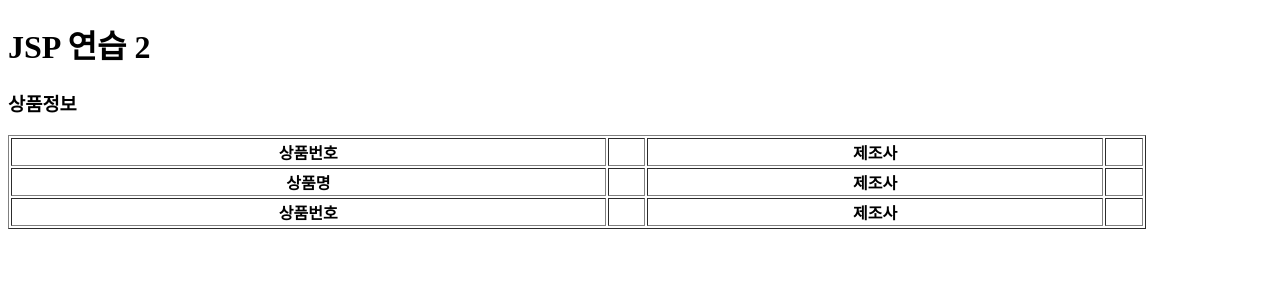
Repository: onuo77/HTA
Page: http://localhost/sample/basic/demo2.jsp
The author's editor kept a copy of each file at every save. The page is drawn from the files as they stood at one save, then again after the next save.
The browser window is 1280 px wide. The pictures show the whole page.
The page is served by Tomcat 9. Other server files are loaded and not shown.

Above is the page before, as saved 2021-05-18 08:36:57.

### java-web/sample/src/main/webapp/basic/demo2.jsp
<%@ page language="java" contentType="text/html; charset=UTF-8"
    pageEncoding="UTF-8"%>
<!DOCTYPE html>
<html>
<head>
<meta charset="UTF-8">
<title>Insert title here</title>
</head>
<body>
	<h1>JSP 연습 2</h1>

	<h3>상품정보</h3>
	<table border="1" style="width:90%;">
		<tr>
			<th>상품번호</th><td></td>
			<th>제조사</th><td></td>
		</tr>
		<tr>
			<th>상품명</th><td></td>
			<th>제조사</th><td></td>
		</tr>
		<tr>
			<th>상품번호</th><td></td>
			<th>제조사</th><td></td>
		</tr>
	</table>
</body>
</html>

After the next save:
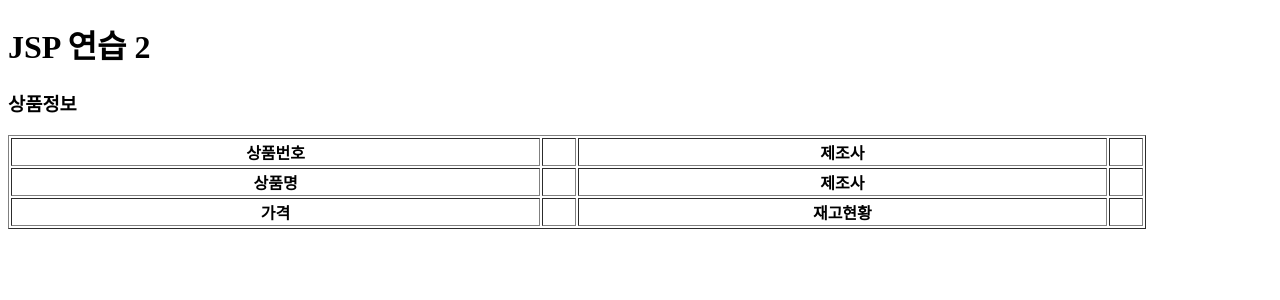
Saved 10 s later.
--- a/java-web/sample/src/main/webapp/basic/demo2.jsp
+++ b/java-web/sample/src/main/webapp/basic/demo2.jsp
@@ -20,8 +20,8 @@
 			<th>제조사</th><td></td>
 		</tr>
 		<tr>
-			<th>상품번호</th><td></td>
-			<th>제조사</th><td></td>
+			<th>가격</th><td></td>
+			<th>재고현황</th><td></td>
 		</tr>
 	</table>
 </body>
